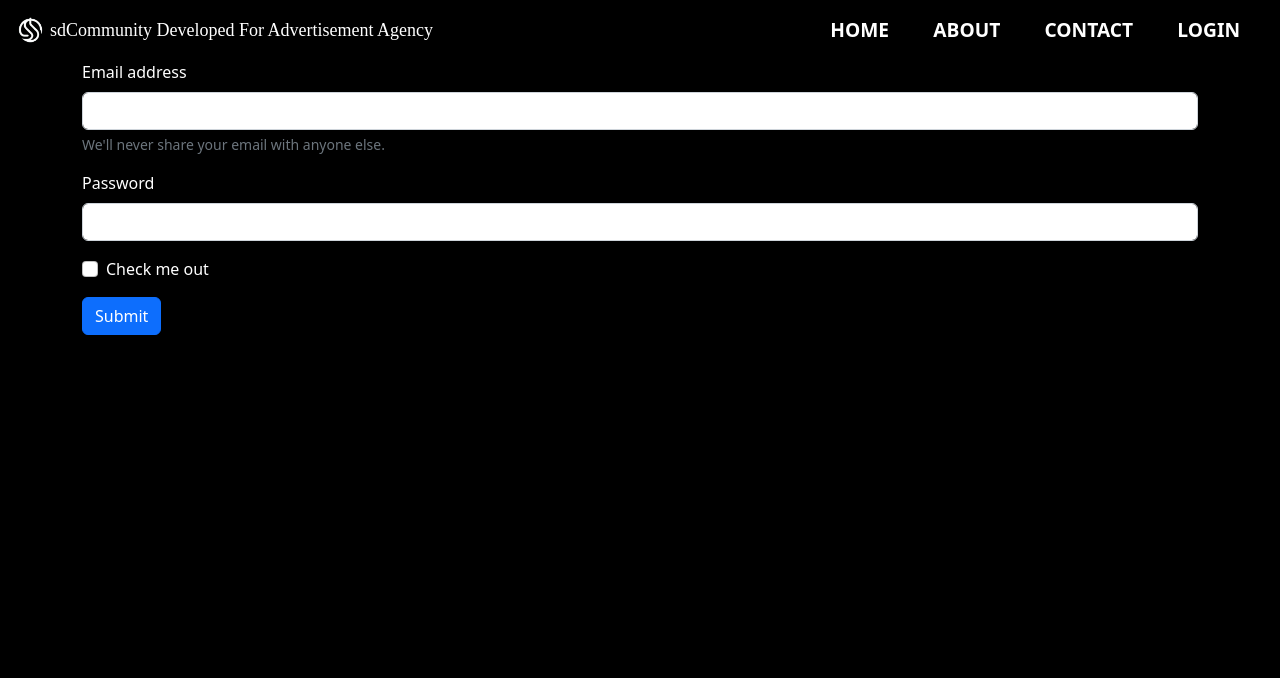
Repository: jaseem1999/sdCommunity
Page: http://localhost/sdCommunity/AdvSign.jsp
The author's editor kept a copy of each file at every save. The page is drawn from the files as they stood at one save, then again after the next save.
The browser window is 1280 px wide. The pictures show the whole page.
The page is served by Tomcat 9. Other server files are loaded and not shown.

Above is the page before, as saved 2023-10-16 18:09:22.

### sdCommunity/src/main/webapp/AdvSign.jsp
<%@ page language="java" contentType="text/html; charset=ISO-8859-1"
    pageEncoding="ISO-8859-1"%>
<!DOCTYPE html>
<html>
<head>
<meta charset="ISO-8859-1">
<title>Advertisement Agency</title>
<link href="https://cdn.jsdelivr.net/npm/bootstrap@5.2.3/dist/css/bootstrap.min.css" rel="stylesheet" integrity="sha384-rbsA2VBKQhggwzxH7pPCaAqO46MgnOM80zW1RWuH61DGLwZJEdK2Kadq2F9CUG65" crossorigin="anonymous">
<script src="https://cdn.jsdelivr.net/npm/bootstrap@5.2.3/dist/js/bootstrap.bundle.min.js" integrity="sha384-kenU1KFdBIe4zVF0s0G1M5b4hcpxyD9F7jL+jjXkk+Q2h455rYXK/7HAuoJl+0I4" crossorigin="anonymous"></script>
<style type="text/css">
body{
	background-color: black;
	color: white;
}
a {
	 text-decoration: none;
	 color: white;
	 font-size: 1.2rem;
	 font-weight: bold;
	 text-transform: uppercase;
}
.nav {
  display: flex;
  justify-content: space-between;
  align-items: center;
  padding-top: 0px;
}



.hamburger {
  padding-right: 20px;
  cursor: pointer;
}

.hamburger .line {
  display: block;
  width: 40px;
  height: 5px;
  margin-bottom: 10px;
  background-color: #ffeeee;
}

.nav__link {
  position: fixed;
  width: 94%;
  top: 5rem;
  left: 18px;
  background-color: #303232;
}

.nav__link a {
  display: block;
  text-align: center;
  padding: 10px 0;
}

.nav__link a:hover {
  background-color: black;
}

.hide {
  display: none;
}
@media screen and (min-width: 890px) {
  .nav__link {
    display: block;
    position: static;
    width: auto;
    margin-right: 20px;
    background: none;
  }

  .nav__link a {
    display: inline-block;
    padding: 15px 20px;
  }

  .hamburger {
    display: none;
  }
}
</style>
</head>
<body>
	<header>
      <nav class="nav">
        <a href="/" class="logo"><img alt="logo" src="./img/logo.png" width="60px"/></a>
		<span style="font-family:fantasy; font-size: large;position: absolute;left: 50px;">sdCommunity Developed For Advertisement Agency</span>
        <div class="hamburger">
          <span class="line"></span>
          <span class="line"></span>
          <span class="line"></span>
        </div>

        <div class="nav__link hide">
          <a href="#">home</a>
          <a href="#">about</a>
          <a href="#">contact</a>
          <a href="#">Login</a>
        </div>
      </nav>
    </header>
    <div class="container">
	    <form style="color: white;" >
			  <div class="mb-3">
			    <label for="exampleInputEmail1" class="form-label">Email address</label>
			    <input type="email" class="form-control" id="exampleInputEmail1" aria-describedby="emailHelp">
			    <div id="emailHelp" class="form-text">We'll never share your email with anyone else.</div>
			  </div>
			  <div class="mb-3">
			    <label for="exampleInputPassword1" class="form-label">Password</label>
			    <input type="password" class="form-control" id="exampleInputPassword1">
			  </div>
			  <div class="mb-3 form-check">
			    <input type="checkbox" class="form-check-input" id="exampleCheck1">
			    <label class="form-check-label" for="exampleCheck1">Check me out</label>
			  </div>
			  <button type="submit" class="btn btn-primary">Submit</button>
		</form>
	</div>

<script type="text/javascript">
const hamburger = document.querySelector('.hamburger');
const navLink = document.querySelector('.nav__link');

hamburger.addEventListener('click', () => {
  navLink.classList.toggle('hide');
});
</script>
</body>
</html>

After the next save:
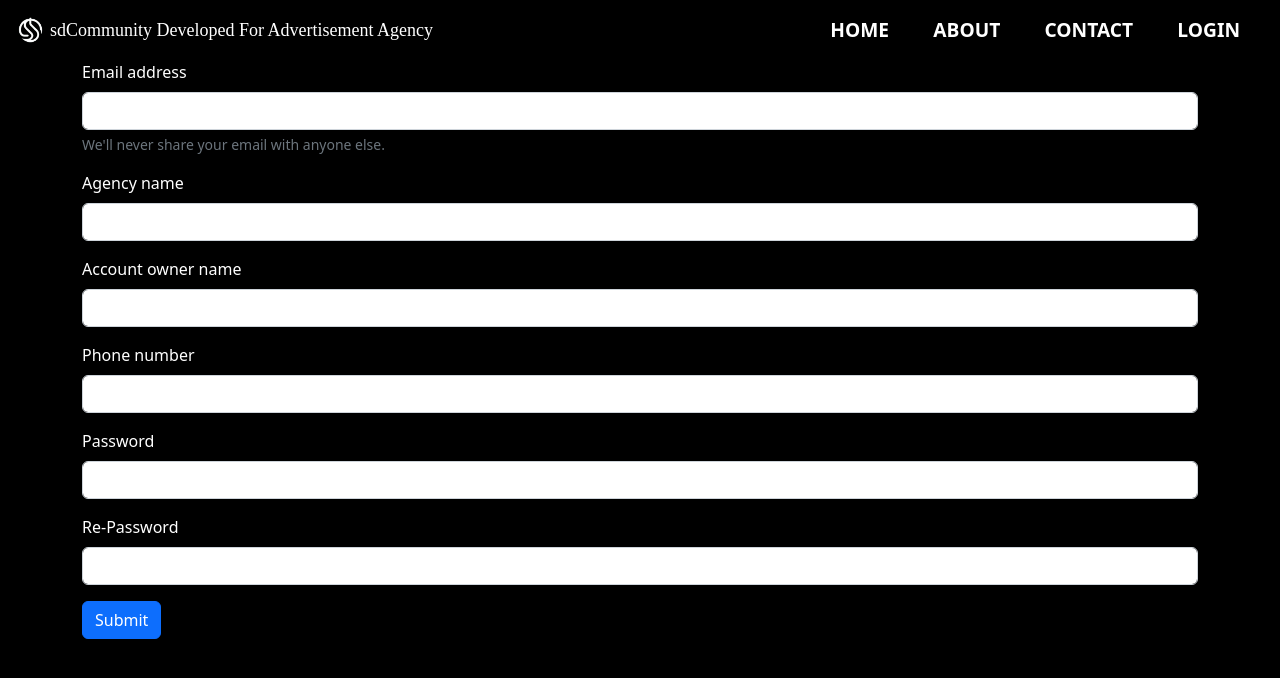
Saved 10 h 41 min later.
--- a/sdCommunity/src/main/webapp/AdvSign.jsp
+++ b/sdCommunity/src/main/webapp/AdvSign.jsp
@@ -109,12 +109,24 @@ a {
 			    <div id="emailHelp" class="form-text">We'll never share your email with anyone else.</div>
 			  </div>
 			  <div class="mb-3">
+			    <label for="exampleInputAgName" class="form-label">Agency name</label>
+			    <input type="text" class="form-control" id="exampleInputAgName" aria-describedby="agNameHelp">
+			  </div>
+			  <div class="mb-3">
+			    <label for="exampleInputName" class="form-label">Account owner name</label>
+			    <input type="text" class="form-control" id="exampleInputName" aria-describedby="nameHelp">
+			  </div>
+			  <div class="mb-3">
+			    <label for="exampleInputNumber" class="form-label">Phone number</label>
+			    <input type="tel" class="form-control" id="exampleInputNumber" aria-describedby="numberHelp">
+			  </div>
+			  <div class="mb-3">
 			    <label for="exampleInputPassword1" class="form-label">Password</label>
 			    <input type="password" class="form-control" id="exampleInputPassword1">
 			  </div>
-			  <div class="mb-3 form-check">
-			    <input type="checkbox" class="form-check-input" id="exampleCheck1">
-			    <label class="form-check-label" for="exampleCheck1">Check me out</label>
+			  <div class="mb-3">
+			    <label for="exampleInputrepassword1" class="form-label">Re-Password</label>
+			    <input type="password" class="form-control" id="exampleInputrepassword1">
 			  </div>
 			  <button type="submit" class="btn btn-primary">Submit</button>
 		</form>
